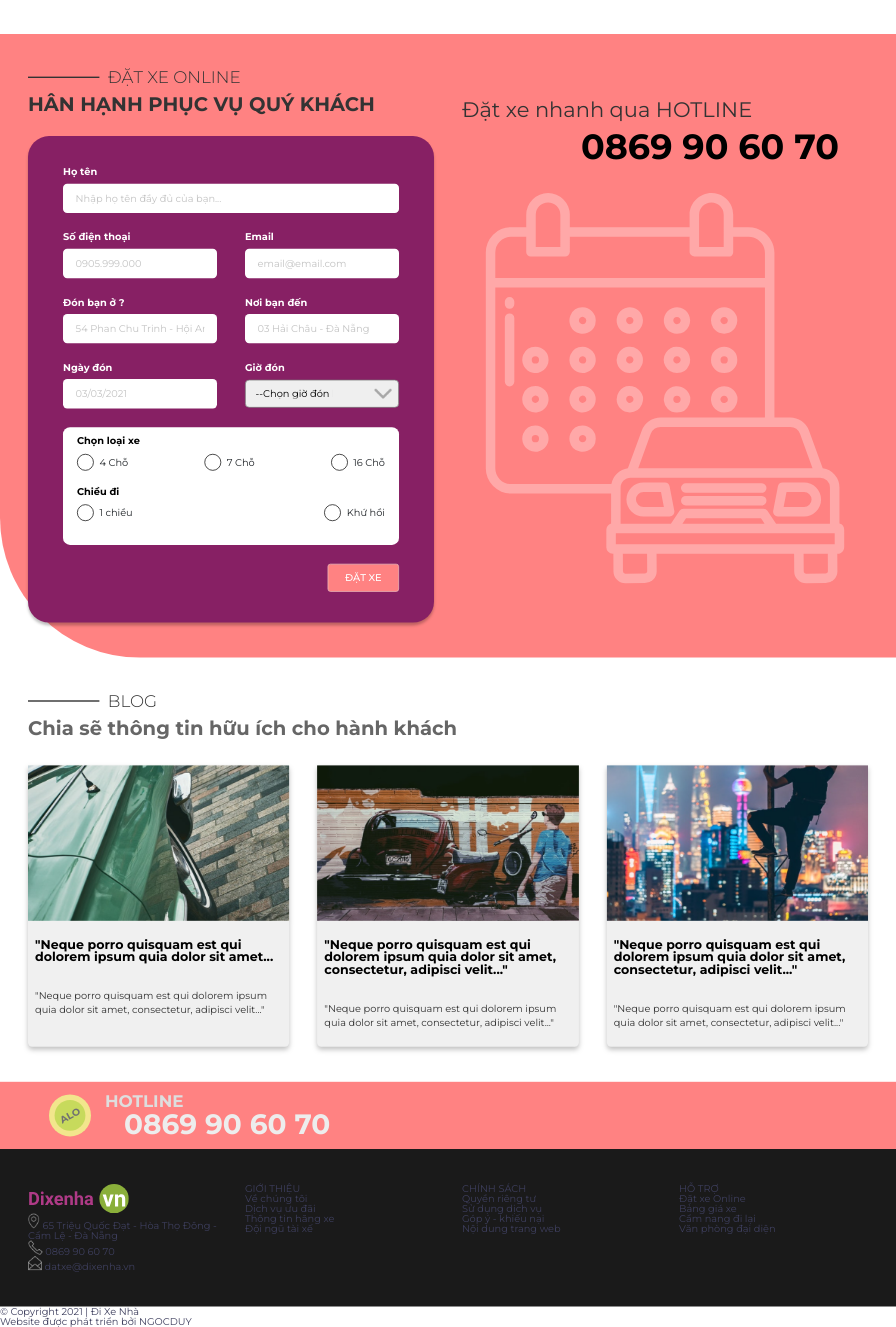
Repository: thanhthien0706/last_project--fe004
Page: lastProductF004/dist/index.html
These files come from the project's save history. The page is drawn as it stood at one moment and after the next save; the edit follows.
The browser window is 1280 px wide. The pictures show the part of the page from y = 1349 to 3269 px (the page is 3245 px tall before and 3269 px after), at 70% of full size.
Some web libraries are served in a nearby version. The style sheet was rebuilt from its Sass, Less or Tailwind sources for each picture, by a compiler version that may differ from the author's.

Above is the page before, as saved 2021-09-17 00:16:04.

After the next save:
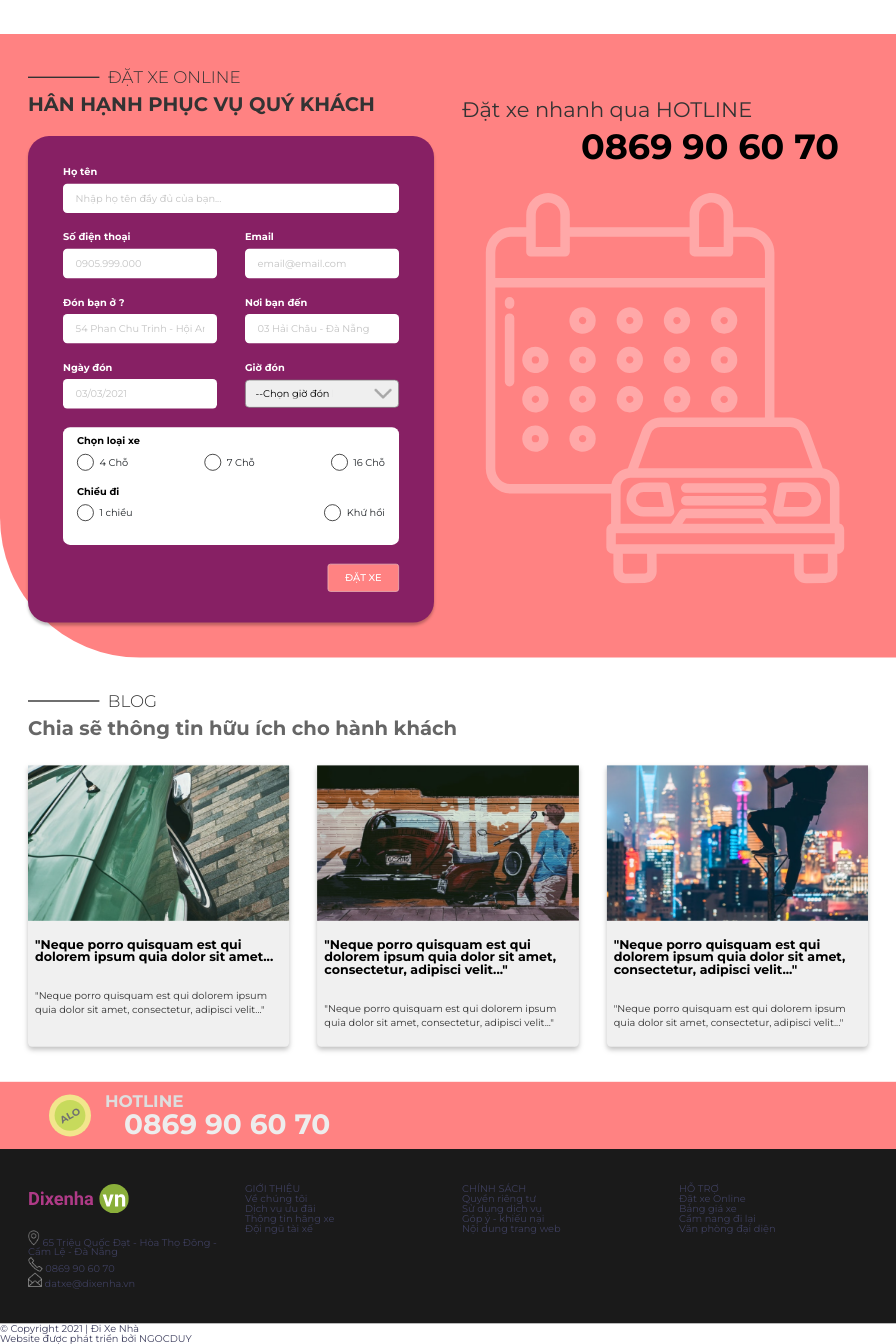
Saved 14 s later.
--- a/lastProductF004/src/styles/layout/_footer.scss
+++ b/lastProductF004/src/styles/layout/_footer.scss
@@ -12,6 +12,7 @@
             padding-right: 20px;
             .box_content{
                 .box_logo{
+                    margin-bottom: 24px;
                     img{
                         width: auto;
                         height: 42px;
